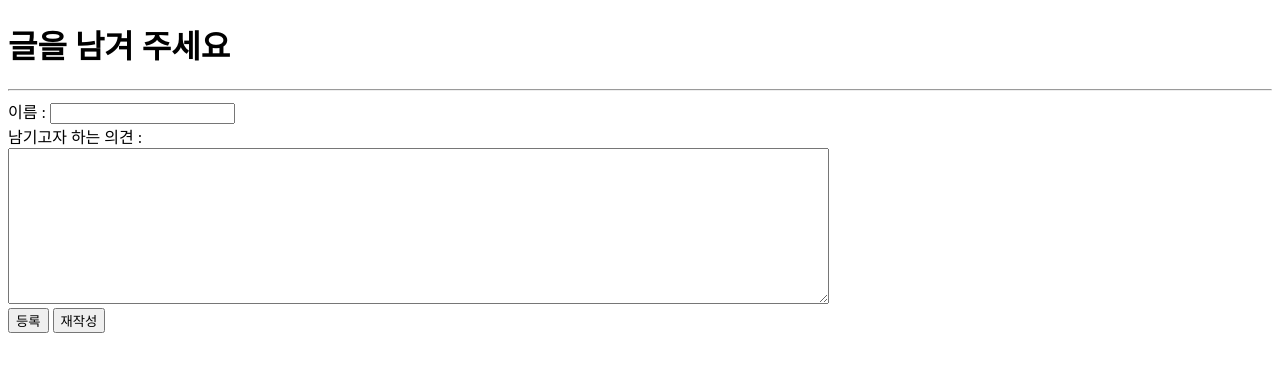
Repository: kdg0109/multicampus_course
Page: web course/workspace_web/edu/WebContent/htmlexam/visitor.html
An editor plug-in stored every save of this project. The page is shown before and after the next save, followed by the edit.
The browser window is 1280 px wide. The pictures show the whole page.

Above is the page before, as saved 2018-02-02 07:23:00.

After the next save:
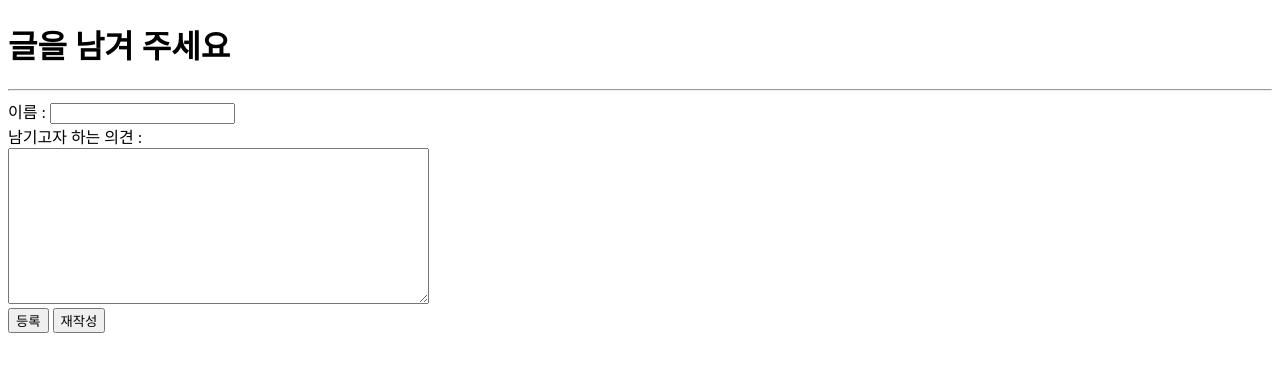
Saved 9 s later.
--- a/web course/workspace_web/edu/WebContent/htmlexam/visitor.html
+++ b/web course/workspace_web/edu/WebContent/htmlexam/visitor.html
@@ -9,7 +9,7 @@
 	<hr>
 	<form method=" get" action="#">
 		이름 : <input type="text" name = "name" required><br/>
-		남기고자 하는 의견 : <br><textarea  name="text" rows="10" cols="100"></textarea><br>
+		남기고자 하는 의견 : <br><textarea  name="text" rows="10" cols="50"></textarea><br>
       <input type="submit" name="ok" value="등록">
       <input type="reset" name="clear" value="재작성"><br>
 	</form>
